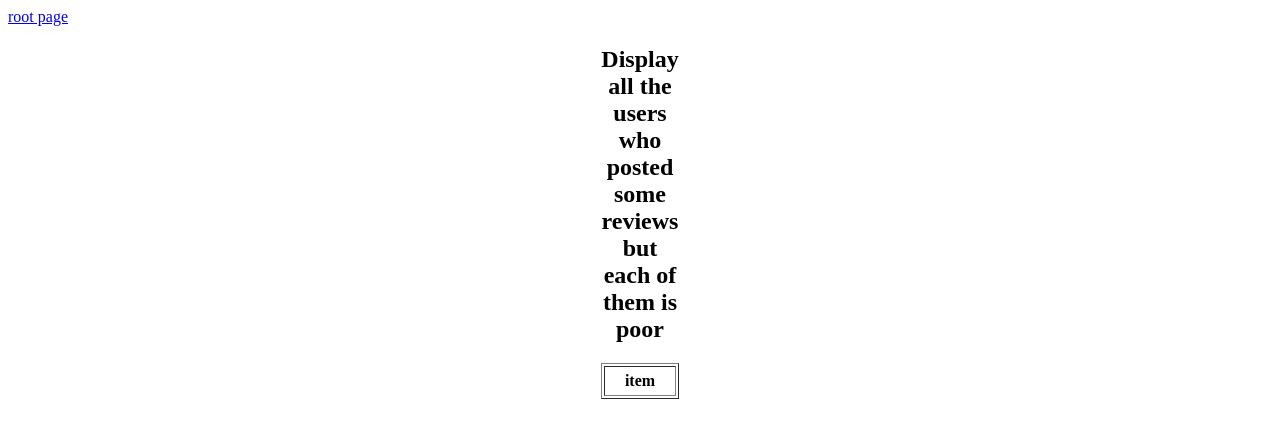
Repository: HamdanM/DatabaseProject
Page: http://localhost/DB3/Displaynum8.jsp
The author's editor kept a copy of each file at every save. The page is drawn from the files as they stood at one save, then again after the next save.
The browser window is 1280 px wide. The pictures show the whole page.
The page is served by Tomcat 9. Nobody is signed in. The application's start-up code is not run. Other server files are loaded and not shown.

Above is the page before, as saved 2019-07-27 23:40:03.

### DB3/WebContent/Displaynum8.jsp
<%@ page language="java" contentType="text/html; charset=ISO-8859-1"
    pageEncoding="ISO-8859-1"%>
  <%@ taglib prefix="c" uri="http://java.sun.com/jsp/jstl/core" %>
<!DOCTYPE html PUBLIC "-//W3C//DTD HTML 4.01 Transitional//EN" "http://www.w3.org/TR/html4/loose.dtd">
<html>
<head>
<meta charset="UTF-8">
<title>Online Store</title>
</head>
<body>

<a href="root.jsp">root page</a>

  <div align="center">
        <table border="1" cellpadding="5">
            <caption><h2>Display all the users who posted some reviews but each of them is poor</h2></caption>
            <tr>

                <th>item</th>



            </tr>
            <c:forEach var="us" items="${usersList}">
                <tr>

                    <td><c:out value="${us.getUser_UserID()}" /></td>



                </tr>
            </c:forEach>
        </table>
    </div>

</body>
</html>

After the next save:
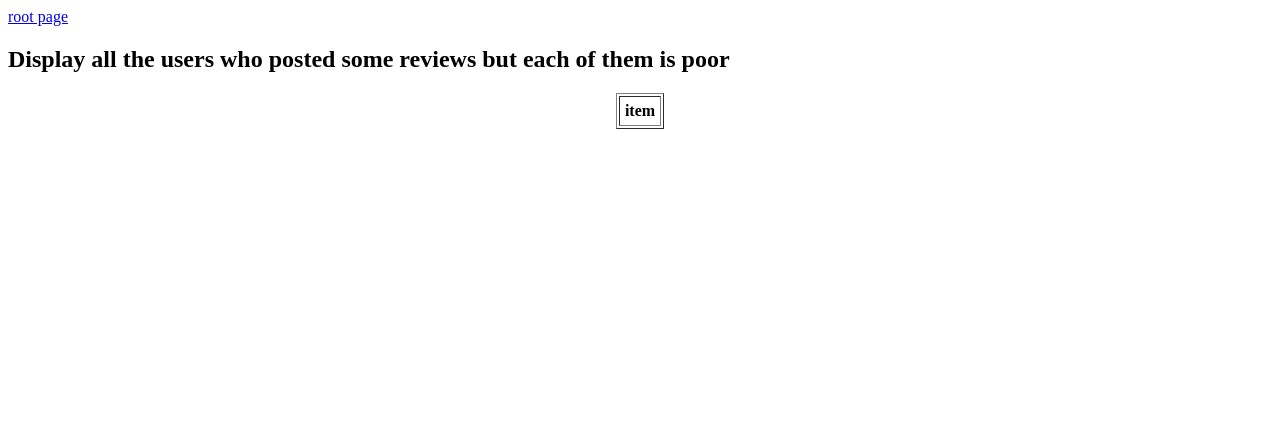
Saved 16 s later.
--- a/DB3/WebContent/Displaynum8.jsp
+++ b/DB3/WebContent/Displaynum8.jsp
@@ -10,10 +10,10 @@
 <body>
 
 <a href="root.jsp">root page</a>
+            <caption><h2>Display all the users who posted some reviews but each of them is poor</h2></caption>
 
   <div align="center">
         <table border="1" cellpadding="5">
-            <caption><h2>Display all the users who posted some reviews but each of them is poor</h2></caption>
             <tr>
 
                 <th>item</th>
